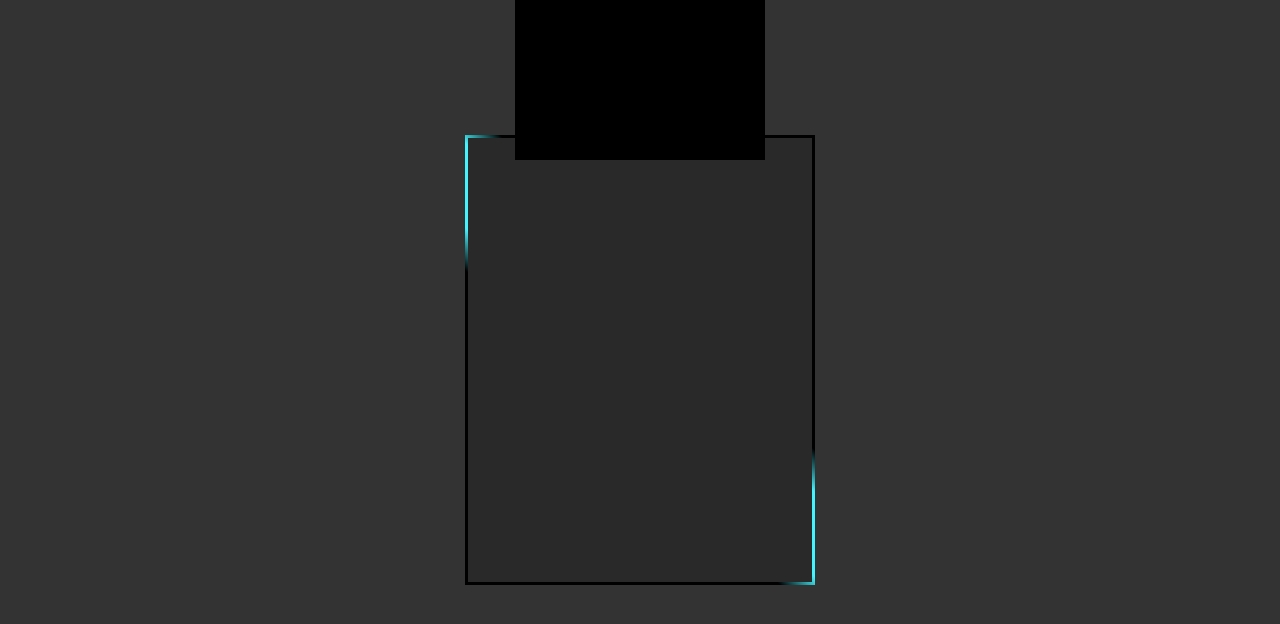
Repository: SeungYn/Javascript-study-toy
Page: profile-card/index.html
The author's editor kept a copy of each file at every save. The page is drawn from the files as they stood at one save, then again after the next save.
The browser window is 1280 px wide. The pictures show the whole page.
The pointer rests on the first visible `.card`.

Above is the page before, as saved 2023-01-12 15:31:13.

### profile-card/index.html
<!DOCTYPE html>
<html lang="en">
  <head>
    <meta charset="UTF-8" />
    <meta http-equiv="X-UA-Compatible" content="IE=edge" />
    <meta name="viewport" content="width=device-width, initial-scale=1.0" />
    <title>Document</title>
    <link rel="stylesheet" href="./style.css" />
  </head>
  <body>
    <div class="card">
      <div class="lines"></div>
      <div class="imgBx"></div>
    </div>
  </body>
</html>

### profile-card/style.css
@import url('https://fonts.googleapis.com/css?family-Popins:100,200,300,400,500,600,700,800,900');

* {
  margin: 0;
  padding: 0;
  box-sizing: border-box;
  font-family: 'Popins', sans-serif;
}

body {
  display: flex;
  justify-content: center;
  align-items: center;
  min-height: 100vh;
  background: #333;
}

.card {
  position: relative;
  width: 350px;
  height: 190px;
  background: #333;
  transition: 0.5s;
}

.card:hover {
  height: 450px;
}

.card .lines {
  position: absolute;
  inset: 0;
  background: #000;
  overflow: hidden;
}

.card .lines::before {
  content: '';
  position: absolute;
  top: 50%;
  left: 50%;
  transform: translate(-50%, -50%);
  width: 600px;
  height: 120px;
  background: linear-gradient(
    transparent,
    #45f3ff,
    #45f3ff,
    #45f3ff,
    transparent
  );
  animation: animate 4s linear infinite;
}

@keyframes animate {
  0% {
    transform: translate(-50%, -50%) rotate(0deg);
  }

  100% {
    transform: translate(-50%, -50%) rotate(360deg);
  }
}

.card .lines::after {
  content: '';
  position: absolute;
  inset: 3px;
  background-color: #292929;
}

.card .imgBx {
  position: absolute;
  width: 150px;
  height: 150px;
  background: #000;
  left: 50%;
  top: -50%;
  transform: translateX(-50%);
  transition: 0.5s;
  z-index: 10;
  overflow: hidden;
}

.card:hover .imgBx {
  width: 250px;
  height: 250px;
}

After the next save:
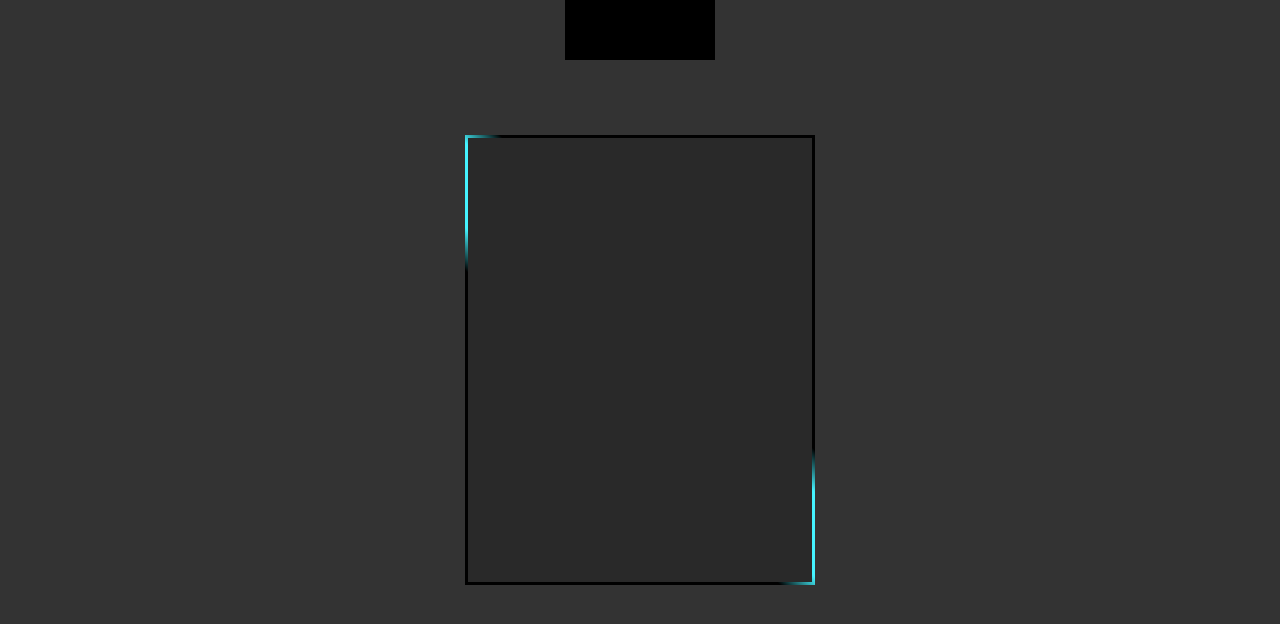
Saved 3 min 39 s later.
--- a/profile-card/style.css
+++ b/profile-card/style.css
@@ -83,6 +83,4 @@
 }
 
 .card:hover .imgBx {
-  width: 250px;
-  height: 250px;
 }

After the save that followed:
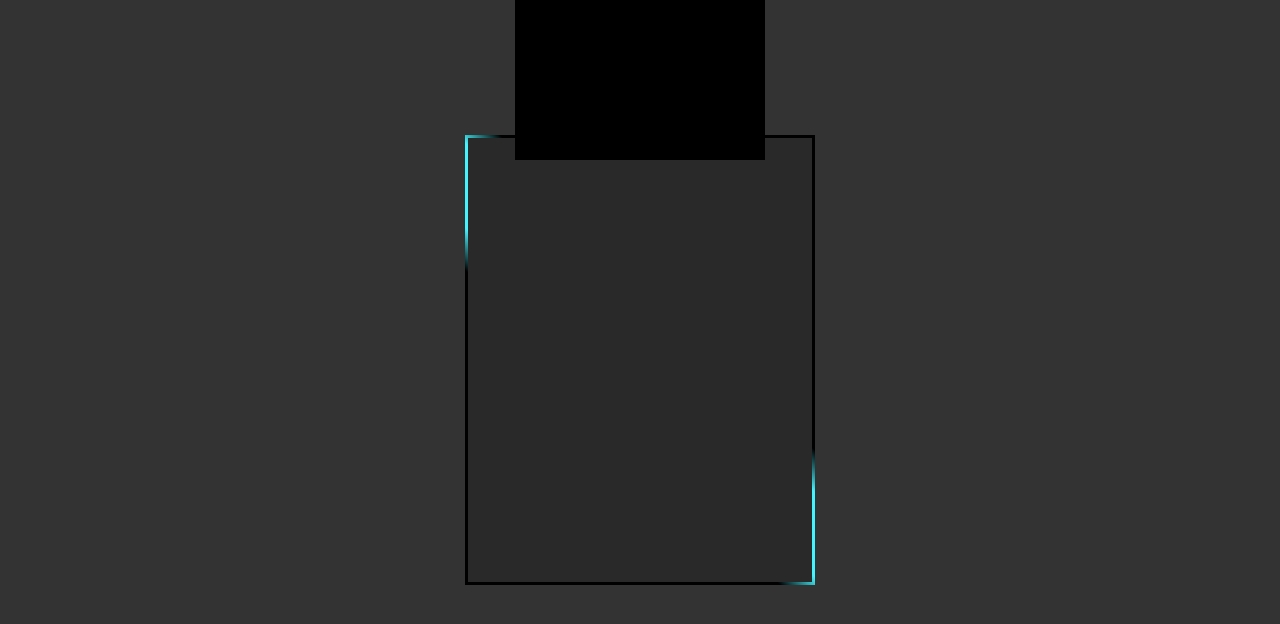
Saved 32 s later.
--- a/profile-card/style.css
+++ b/profile-card/style.css
@@ -83,4 +83,6 @@
 }
 
 .card:hover .imgBx {
+  width: 250px;
+  height: 250px;
 }
